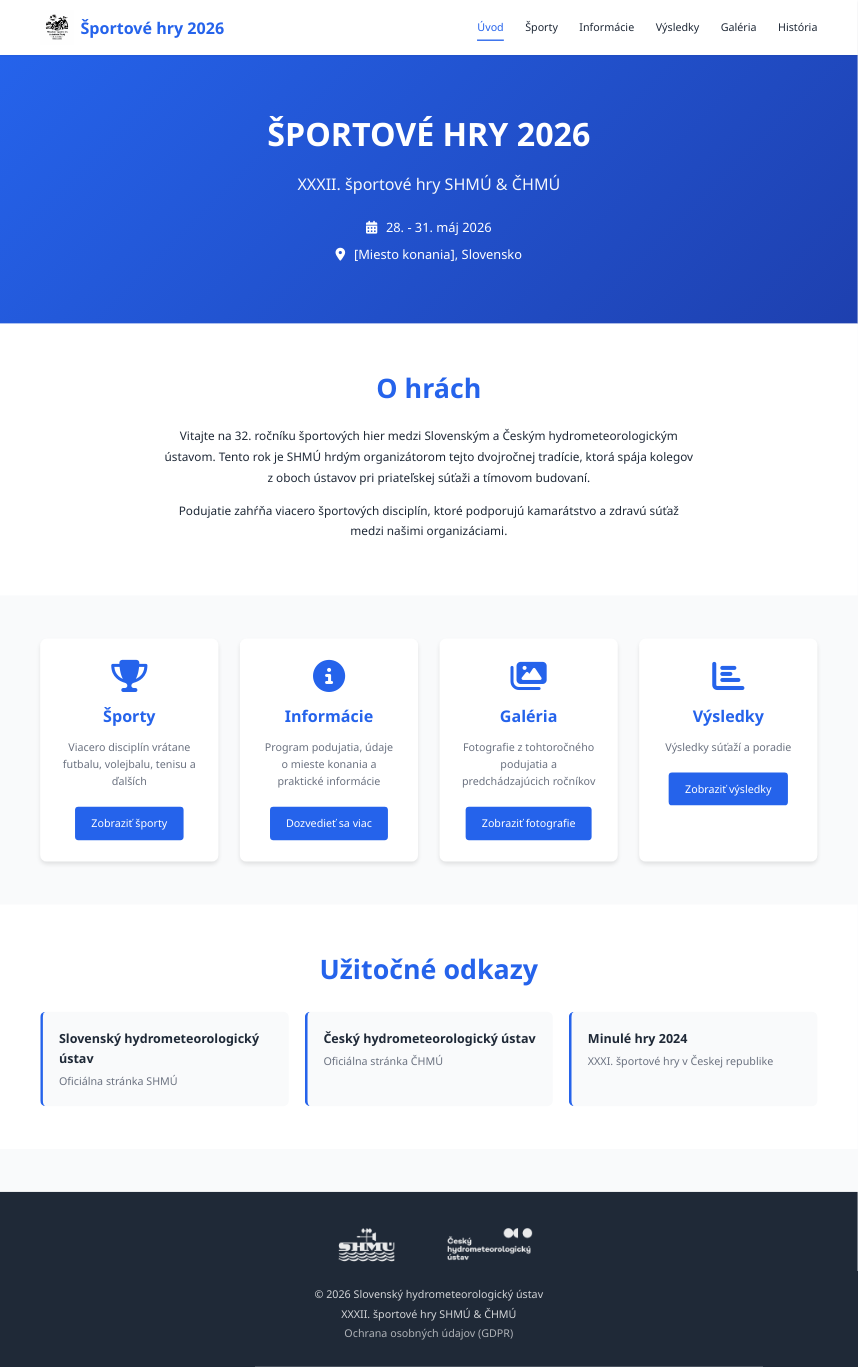
Repository: samiljimari/SHMU-web
Page: index.html
The author's editor kept a copy of each file at every save. The page is drawn from the files as they stood at one save, then again after the next save.
The browser window is 1280 px wide. The pictures show the whole page, at 67% of full size.

Above is the page before, as saved 2026-01-14 13:41:40.

### index.html
<!DOCTYPE html>
<html lang="sk">
<head>
    <meta charset="UTF-8">
    <meta name="viewport" content="width=device-width, initial-scale=1.0">
    <title>Športové hry SHMÚ 2026</title>
    <link rel="stylesheet" href="https://cdnjs.cloudflare.com/ajax/libs/font-awesome/6.5.1/css/all.min.css">
    <link rel="stylesheet" href="css/style.css">
</head>
<body>
    <header>
        <nav class="navbar">
            <div class="container">
                <div class="logo">
                    <img src="site_logo.png" alt="Logo" class="site-logo">
                    <h1>Športové hry 2026</h1>
                </div>
                <ul class="nav-menu">
                    <li><a href="index.html" class="active">Úvod</a></li>
                    <li><a href="sports.html">Športy</a></li>
                    <li><a href="info.html">Informácie</a></li>
                    <li><a href="results.html">Výsledky</a></li>
                    <li><a href="gallery.html">Galéria</a></li>
                    <li><a href="history.html">História</a></li>
                </ul>
                <div class="hamburger">
                    <span></span>
                    <span></span>
                    <span></span>
                </div>
            </div>
        </nav>
    </header>

    <main>
        <section class="hero">
            <div class="hero-content">
                <h2>ŠPORTOVÉ HRY 2026</h2>
                <p class="hero-subtitle">XXXII. športové hry SHMÚ & ČHMÚ</p>
                <p class="hero-date"><i class="fas fa-calendar-alt"></i> 28. - 31. máj 2026</p>
                <p class="hero-location"><i class="fas fa-map-marker-alt"></i> [Miesto konania], Slovensko</p>
            </div>
        </section>

        <section class="about">
            <div class="container">
                <h2>O hrách</h2>
                <p>
                    Vitajte na 32. ročníku športových hier medzi Slovenským a Českým
                    hydrometeorologickým ústavom. Tento rok je SHMÚ hrdým organizátorom
                    tejto dvojročnej tradície, ktorá spája kolegov z oboch ústavov
                    pri priateľskej súťaži a tímovom budovaní.
                </p>
                <p>
                    Podujatie zahŕňa viacero športových disciplín, ktoré podporujú kamarátstvo a
                    zdravú súťaž medzi našimi organizáciami.
                </p>
            </div>
        </section>

        <section class="info-grid">
            <div class="container">
                <div class="grid">
                    <div class="card">
                        <div class="card-icon"><i class="fas fa-trophy"></i></div>
                        <h3>Športy</h3>
                        <p>Viacero disciplín vrátane futbalu, volejbalu, tenisu a ďalších</p>
                        <a href="sports.html" class="btn">Zobraziť športy</a>
                    </div>
                    <div class="card">
                        <div class="card-icon"><i class="fas fa-info-circle"></i></div>
                        <h3>Informácie</h3>
                        <p>Program podujatia, údaje o mieste konania a praktické informácie</p>
                        <a href="info.html" class="btn">Dozvedieť sa viac</a>
                    </div>
                    <div class="card">
                        <div class="card-icon"><i class="fas fa-images"></i></div>
                        <h3>Galéria</h3>
                        <p>Fotografie z tohtoročného podujatia a predchádzajúcich ročníkov</p>
                        <a href="gallery.html" class="btn">Zobraziť fotografie</a>
                    </div>
                    <div class="card">
                        <div class="card-icon"><i class="fas fa-chart-bar"></i></div>
                        <h3>Výsledky</h3>
                        <p>Výsledky súťaží a poradie</p>
                        <a href="results.html" class="btn">Zobraziť výsledky</a>
                    </div>
                </div>
            </div>
        </section>

        <section class="useful-links">
            <div class="container">
                <h2>Užitočné odkazy</h2>
                <div class="links-grid">
                    <a href="https://www.shmu.sk/" target="_blank" class="link-card">
                        <h3>Slovenský hydrometeorologický ústav</h3>
                        <p>Oficiálna stránka SHMÚ</p>
                    </a>
                    <a href="http://www.chmi.cz/" target="_blank" class="link-card">
                        <h3>Český hydrometeorologický ústav</h3>
                        <p>Oficiálna stránka ČHMÚ</p>
                    </a>
                    <a href="https://info.chmi.cz/akce/sportovniHry/index.php" target="_blank" class="link-card">
                        <h3>Minulé hry 2024</h3>
                        <p>XXXI. športové hry v Českej republike</p>
                    </a>
                </div>
            </div>
        </section>
    </main>

    <footer>
        <div class="container">
            <div class="footer-logos">
                <img src="logoSHMI_white.png" alt="SHMÚ Logo">
                <img src="logoCHMI_white.png" alt="ČHMÚ Logo">
            </div>
            <p>&copy; 2026 Slovenský hydrometeorologický ústav</p>
            <p>XXXII. športové hry SHMÚ & ČHMÚ</p>
            <p><a href="gdpr.html" style="color: rgba(255,255,255,0.8); text-decoration: none;">Ochrana osobných údajov (GDPR)</a></p>
        </div>
    </footer>

    <script src="js/script.js"></script>
</body>
</html>

### css/style.css
/* Reset and Base Styles */
* {
    margin: 0;
    padding: 0;
    box-sizing: border-box;
}

:root {
    --primary-color: #2563eb;
    --secondary-color: #1e40af;
    --accent-color: #3b82f6;
    --text-dark: #1f2937;
    --text-light: #6b7280;
    --bg-light: #f9fafb;
    --bg-white: #ffffff;
    --border-color: #e5e7eb;
    --success-color: #10b981;
    --warning-color: #f59e0b;
    --danger-color: #ef4444;
}

body {
    font-family: 'Segoe UI', Tahoma, Geneva, Verdana, sans-serif;
    line-height: 1.6;
    color: var(--text-dark);
    background-color: var(--bg-light);
}

.container {
    max-width: 1200px;
    margin: 0 auto;
    padding: 0 20px;
}

/* Navigation */
.navbar {
    background-color: var(--bg-white);
    box-shadow: 0 2px 4px rgba(0, 0, 0, 0.1);
    position: sticky;
    top: 0;
    z-index: 1000;
}

.navbar .container {
    display: flex;
    justify-content: space-between;
    align-items: center;
    padding: 1rem 20px;
}

.logo {
    display: flex;
    align-items: center;
    gap: 10px;
}

.site-logo {
    height: 50px;
    width: auto;
    object-fit: contain;
}

.logo h1 {
    font-size: 1.5rem;
    color: var(--primary-color);
    font-weight: 700;
}

.nav-menu {
    display: flex;
    list-style: none;
    gap: 2rem;
}

.nav-menu a {
    text-decoration: none;
    color: var(--text-dark);
    font-weight: 500;
    transition: color 0.3s;
    padding: 0.5rem 0;
}

.nav-menu a:hover,
.nav-menu a.active {
    color: var(--primary-color);
    border-bottom: 2px solid var(--primary-color);
}

.hamburger {
    display: none;
    flex-direction: column;
    cursor: pointer;
    gap: 4px;
}

.hamburger span {
    width: 25px;
    height: 3px;
    background-color: var(--text-dark);
    transition: 0.3s;
}

/* Hero Section */
.hero {
    background: linear-gradient(135deg, var(--primary-color) 0%, var(--secondary-color) 100%);
    color: white;
    padding: 5rem 2rem;
    text-align: center;
}

.hero-content h2 {
    font-size: 3rem;
    margin-bottom: 1rem;
    font-weight: 700;
}

.hero-subtitle {
    font-size: 1.5rem;
    margin-bottom: 2rem;
    opacity: 0.95;
}

.hero-date,
.hero-location {
    font-size: 1.2rem;
    margin: 0.5rem 0;
}

.hero-date i,
.hero-location i {
    margin-right: 0.5rem;
}

/* About Section */
.about {
    padding: 4rem 2rem;
    background-color: var(--bg-white);
}

.about h2 {
    font-size: 2.5rem;
    margin-bottom: 1.5rem;
    color: var(--primary-color);
    text-align: center;
}

.about p {
    font-size: 1.1rem;
    line-height: 1.8;
    margin-bottom: 1rem;
    text-align: center;
    max-width: 800px;
    margin-left: auto;
    margin-right: auto;
}

/* Info Grid Section */
.info-grid {
    padding: 4rem 2rem;
    background-color: var(--bg-light);
}

.grid {
    display: grid;
    grid-template-columns: repeat(auto-fit, minmax(250px, 1fr));
    gap: 2rem;
}

.card {
    background-color: var(--bg-white);
    padding: 2rem;
    border-radius: 10px;
    box-shadow: 0 4px 6px rgba(0, 0, 0, 0.1);
    text-align: center;
    transition: transform 0.3s, box-shadow 0.3s;
}

.card:hover {
    transform: translateY(-5px);
    box-shadow: 0 8px 12px rgba(0, 0, 0, 0.15);
}

.card-icon {
    font-size: 3rem;
    margin-bottom: 1rem;
    color: var(--primary-color);
}

.card-icon i {
    display: block;
}

.card h3 {
    font-size: 1.5rem;
    margin-bottom: 1rem;
    color: var(--primary-color);
}

.card p {
    margin-bottom: 1.5rem;
    color: var(--text-light);
}

.btn {
    display: inline-block;
    padding: 0.75rem 1.5rem;
    background-color: var(--primary-color);
    color: white;
    text-decoration: none;
    border-radius: 5px;
    transition: background-color 0.3s;
    font-weight: 500;
}

.btn:hover {
    background-color: var(--secondary-color);
}

/* Useful Links Section */
.useful-links {
    padding: 4rem 2rem;
    background-color: var(--bg-white);
}

.useful-links h2 {
    font-size: 2.5rem;
    margin-bottom: 2rem;
    color: var(--primary-color);
    text-align: center;
}

.links-grid {
    display: grid;
    grid-template-columns: repeat(auto-fit, minmax(300px, 1fr));
    gap: 1.5rem;
}

.link-card {
    background-color: var(--bg-light);
    padding: 1.5rem;
    border-radius: 8px;
    text-decoration: none;
    color: var(--text-dark);
    border-left: 4px solid var(--primary-color);
    transition: all 0.3s;
}

.link-card:hover {
    background-color: var(--primary-color);
    color: white;
    transform: translateX(5px);
}

.link-card h3 {
    margin-bottom: 0.5rem;
}

.link-card p {
    color: var(--text-light);
}

.link-card:hover p {
    color: rgba(255, 255, 255, 0.9);
}

/* Page Header */
.page-header {
    background: linear-gradient(135deg, var(--primary-color) 0%, var(--secondary-color) 100%);
    color: white;
    padding: 3rem 2rem;
    text-align: center;
}

.page-header h1 {
    font-size: 2.5rem;
    margin-bottom: 0.5rem;
}

.page-header p {
    font-size: 1.2rem;
    opacity: 0.95;
}

/* Sports Section */
.sports-list {
    padding: 4rem 2rem;
}

.sports-grid {
    display: grid;
    grid-template-columns: repeat(auto-fit, minmax(280px, 1fr));
    gap: 2rem;
    margin-bottom: 3rem;
}

.sport-card {
    background-color: var(--bg-white);
    padding: 2rem;
    border-radius: 10px;
    box-shadow: 0 4px 6px rgba(0, 0, 0, 0.1);
    transition: transform 0.3s;
}

.sport-card:hover {
    transform: translateY(-5px);
}

.sport-icon {
    font-size: 3rem;
    margin-bottom: 1rem;
    text-align: center;
    color: var(--primary-color);
}

.sport-icon i {
    display: block;
}

.sport-card h3 {
    font-size: 1.5rem;
    margin-bottom: 0.5rem;
    color: var(--primary-color);
}

.sport-card p {
    color: var(--text-light);
    margin-bottom: 1rem;
}

.sport-card ul {
    list-style: none;
    padding-left: 0;
}

.sport-card ul li {
    padding: 0.25rem 0;
    color: var(--text-dark);
}

.sport-card ul li:before {
    content: "✓ ";
    color: var(--success-color);
    font-weight: bold;
}

.info-box {
    background-color: var(--bg-white);
    padding: 2rem;
    border-radius: 10px;
    border-left: 4px solid var(--warning-color);
    box-shadow: 0 4px 6px rgba(0, 0, 0, 0.1);
}

.info-box h3 {
    color: var(--primary-color);
    margin-bottom: 1rem;
}

.info-box ul {
    list-style: none;
    padding-left: 0;
}

.info-box ul li {
    padding: 0.5rem 0;
}

/* Information Page */
.info-content {
    padding: 4rem 2rem;
}

.info-section {
    background-color: var(--bg-white);
    padding: 2rem;
    margin-bottom: 2rem;
    border-radius: 10px;
    box-shadow: 0 4px 6px rgba(0, 0, 0, 0.1);
}

.info-section h2 {
    color: var(--primary-color);
    margin-bottom: 1.5rem;
    font-size: 2rem;
}

.info-section h2 i {
    margin-right: 0.5rem;
}

.info-section h3 {
    color: var(--secondary-color);
    margin-top: 1.5rem;
    margin-bottom: 1rem;
}

.info-section h4 {
    color: var(--text-dark);
    margin-top: 1rem;
    margin-bottom: 0.5rem;
}

.info-section ul {
    margin-left: 1.5rem;
    margin-top: 0.5rem;
}

.info-section li {
    margin-bottom: 0.5rem;
}

.schedule-table {
    margin-top: 1rem;
}

.schedule-table h3 {
    background-color: var(--bg-light);
    padding: 0.75rem 1rem;
    margin-top: 1.5rem;
    border-left: 4px solid var(--primary-color);
}

.schedule-table table {
    width: 100%;
    border-collapse: collapse;
    margin-top: 1rem;
}

.schedule-table table tr {
    border-bottom: 1px solid var(--border-color);
}

.schedule-table table td {
    padding: 1rem;
}

.schedule-table table td:first-child {
    font-weight: 600;
    color: var(--primary-color);
    width: 150px;
}

.venue-info,
.accommodation-info,
.transport-info,
.registration-info,
.meals-info {
    margin-top: 1rem;
}

.hotel-list {
    display: grid;
    grid-template-columns: repeat(auto-fit, minmax(250px, 1fr));
    gap: 1rem;
    margin-top: 1rem;
}

.hotel-card {
    background-color: var(--bg-light);
    padding: 1rem;
    border-radius: 5px;
}

.hotel-card h4 {
    color: var(--primary-color);
    margin-bottom: 0.5rem;
}

.contact-box {
    background: linear-gradient(135deg, var(--primary-color) 0%, var(--secondary-color) 100%);
    color: white;
}

.contact-box h2 {
    color: white;
}

.contact-box a {
    color: white;
    text-decoration: underline;
}

/* Results Page */
.results-content {
    padding: 4rem 2rem;
}

.overall-standings,
.sport-results {
    background-color: var(--bg-white);
    padding: 2rem;
    margin-bottom: 2rem;
    border-radius: 10px;
    box-shadow: 0 4px 6px rgba(0, 0, 0, 0.1);
}

.results-table {
    width: 100%;
    border-collapse: collapse;
    margin-top: 1rem;
}

.results-table thead {
    background-color: var(--primary-color);
    color: white;
}

.results-table th,
.results-table td {
    padding: 1rem;
    text-align: left;
    border-bottom: 1px solid var(--border-color);
}

.results-table tbody tr:hover {
    background-color: var(--bg-light);
}

.medal-gold {
    color: #FFD700;
    font-weight: bold;
}

.medal-silver {
    color: #C0C0C0;
    font-weight: bold;
}

.medal-bronze {
    color: #CD7F32;
    font-weight: bold;
}

.results-note {
    margin-top: 1rem;
    color: var(--text-light);
    font-style: italic;
}

.result-box {
    margin-top: 1rem;
    padding: 1.5rem;
    background-color: var(--bg-light);
    border-radius: 8px;
}

.result-box h3 {
    color: var(--secondary-color);
    margin-bottom: 1rem;
}

.score-display {
    display: flex;
    justify-content: center;
    align-items: center;
    gap: 2rem;
    font-size: 1.5rem;
    margin: 1rem 0;
}

.score-display .team {
    font-weight: 600;
    min-width: 100px;
    text-align: center;
}

.score-display .score {
    font-size: 2rem;
    font-weight: bold;
    color: var(--primary-color);
}

.status {
    text-align: center;
    color: var(--text-light);
    font-style: italic;
    margin-top: 0.5rem;
}

/* Gallery Page */
.gallery-content {
    padding: 4rem 2rem;
}

.gallery-section {
    background-color: var(--bg-white);
    padding: 2rem;
    margin-bottom: 2rem;
    border-radius: 10px;
    box-shadow: 0 4px 6px rgba(0, 0, 0, 0.1);
}

.gallery-section h2 {
    color: var(--primary-color);
    margin-bottom: 1rem;
}

.gallery-note {
    color: var(--text-light);
    font-style: italic;
    margin-bottom: 2rem;
}

.photo-grid {
    display: grid;
    grid-template-columns: repeat(auto-fill, minmax(250px, 1fr));
    gap: 1rem;
    margin-top: 2rem;
}

.photo-placeholder {
    background-color: var(--bg-light);
    border: 2px dashed var(--border-color);
    border-radius: 8px;
    padding: 3rem;
    text-align: center;
    color: var(--text-light);
    min-height: 200px;
    display: flex;
    align-items: center;
    justify-content: center;
}

.previous-years {
    display: grid;
    grid-template-columns: repeat(auto-fit, minmax(300px, 1fr));
    gap: 1.5rem;
    margin-top: 1.5rem;
}

.year-gallery-link {
    text-decoration: none;
    color: inherit;
}

.year-card {
    background-color: var(--bg-light);
    padding: 2rem;
    border-radius: 8px;
    border-left: 4px solid var(--primary-color);
    transition: all 0.3s;
}

.year-card:hover {
    background-color: var(--primary-color);
    color: white;
    transform: translateX(5px);
}

.year-card h3 {
    color: var(--primary-color);
    margin-bottom: 0.5rem;
}

.year-card:hover h3 {
    color: white;
}

.view-link {
    display: inline-block;
    margin-top: 1rem;
    color: var(--primary-color);
    font-weight: 600;
}

.year-card:hover .view-link {
    color: white;
}

.upload-info {
    background-color: var(--bg-light);
    padding: 2rem;
    border-radius: 8px;
    margin-top: 2rem;
}

.upload-info h3 {
    color: var(--primary-color);
    margin-bottom: 1rem;
}

.upload-info a {
    color: var(--primary-color);
    text-decoration: none;
}

.upload-info a:hover {
    text-decoration: underline;
}

/* History Page */
.history-content {
    padding: 4rem 2rem;
}

.history-intro {
    background-color: var(--bg-white);
    padding: 2rem;
    margin-bottom: 3rem;
    border-radius: 10px;
    box-shadow: 0 4px 6px rgba(0, 0, 0, 0.1);
}

.history-intro h2 {
    color: var(--primary-color);
    margin-bottom: 1rem;
}

.history-intro p {
    margin-bottom: 1rem;
    line-height: 1.8;
}

.timeline {
    background-color: var(--bg-white);
    padding: 2rem;
    margin-bottom: 3rem;
    border-radius: 10px;
    box-shadow: 0 4px 6px rgba(0, 0, 0, 0.1);
}

.timeline h2 {
    color: var(--primary-color);
    margin-bottom: 2rem;
}

.timeline-item {
    display: grid;
    grid-template-columns: 120px 1fr;
    gap: 2rem;
    margin-bottom: 2rem;
    padding-bottom: 2rem;
    border-bottom: 1px solid var(--border-color);
}

.timeline-item:last-child {
    border-bottom: none;
}

.timeline-year {
    font-size: 1.5rem;
    font-weight: 700;
    color: var(--primary-color);
}

.timeline-content h3 {
    color: var(--secondary-color);
    margin-bottom: 0.5rem;
}

.timeline-content a {
    color: var(--primary-color);
    text-decoration: none;
    display: inline-block;
    margin-top: 0.5rem;
}

.timeline-content a:hover {
    text-decoration: underline;
}

.timeline-item.placeholder {
    opacity: 0.6;
}

.statistics {
    background-color: var(--bg-white);
    padding: 2rem;
    margin-bottom: 3rem;
    border-radius: 10px;
    box-shadow: 0 4px 6px rgba(0, 0, 0, 0.1);
}

.statistics h2 {
    color: var(--primary-color);
    margin-bottom: 2rem;
}

.stats-grid {
    display: grid;
    grid-template-columns: repeat(auto-fit, minmax(200px, 1fr));
    gap: 2rem;
    margin-bottom: 1rem;
}

.stat-card {
    text-align: center;
    padding: 2rem;
    background-color: var(--bg-light);
    border-radius: 8px;
}

.stat-number {
    font-size: 3rem;
    font-weight: 700;
    color: var(--primary-color);
    margin-bottom: 0.5rem;
}

.stat-label {
    color: var(--text-light);
    font-size: 1.1rem;
}

.stats-note {
    text-align: center;
    color: var(--text-light);
    font-style: italic;
    margin-top: 1rem;
}

.hosting-pattern {
    background-color: var(--bg-white);
    padding: 2rem;
    border-radius: 10px;
    box-shadow: 0 4px 6px rgba(0, 0, 0, 0.1);
}

.hosting-pattern h2 {
    color: var(--primary-color);
    margin-bottom: 1rem;
}

.hosting-pattern ul {
    margin: 1rem 0 1rem 1.5rem;
}

.hosting-pattern li {
    margin-bottom: 0.5rem;
}

/* Footer */
footer {
    background-color: var(--text-dark);
    color: white;
    padding: 3rem 0 2rem;
    text-align: center;
    margin-top: 4rem;
}

.footer-logos {
    display: flex;
    justify-content: center;
    align-items: center;
    gap: 3rem;
    margin-bottom: 2rem;
    flex-wrap: wrap;
}

.footer-logos img {
    height: 60px;
    width: auto;
    opacity: 0.9;
    transition: opacity 0.3s;
}

.footer-logos img:hover {
    opacity: 1;
}

footer p {
    margin: 0.25rem 0;
    opacity: 0.8;
}

/* Responsive Design */
@media (max-width: 768px) {
    .nav-menu {
        position: fixed;
        left: -100%;
        top: 70px;
        flex-direction: column;
        background-color: var(--bg-white);
        width: 100%;
        text-align: center;
        transition: 0.3s;
        box-shadow: 0 10px 27px rgba(0, 0, 0, 0.05);
        padding: 2rem 0;
        gap: 0;
    }

    .nav-menu.active {
        left: 0;
    }

    .nav-menu li {
        margin: 1rem 0;
    }

    .hamburger {
        display: flex;
    }

    .site-logo {
        height: 35px;
    }

    .logo h1 {
        font-size: 1.2rem;
    }

    .hero-content h2 {
        font-size: 2rem;
    }

    .hero-subtitle {
        font-size: 1.2rem;
    }

    .hero-date,
    .hero-location {
        font-size: 1rem;
    }

    .grid,
    .links-grid,
    .sports-grid {
        grid-template-columns: 1fr;
    }

    .timeline-item {
        grid-template-columns: 80px 1fr;
        gap: 1rem;
    }

    .timeline-year {
        font-size: 1.2rem;
    }

    .stats-grid {
        grid-template-columns: repeat(2, 1fr);
    }

    .schedule-table table td:first-child {
        width: 100px;
        font-size: 0.9rem;
    }
}

@media (max-width: 480px) {
    .stats-grid {
        grid-template-columns: 1fr;
    }

    .score-display {
        flex-direction: column;
        gap: 0.5rem;
    }

    .score-display .score {
        font-size: 1.5rem;
    }
}

Loaded but not shown: js/script.js (157 lines, source omitted)

After the next save:
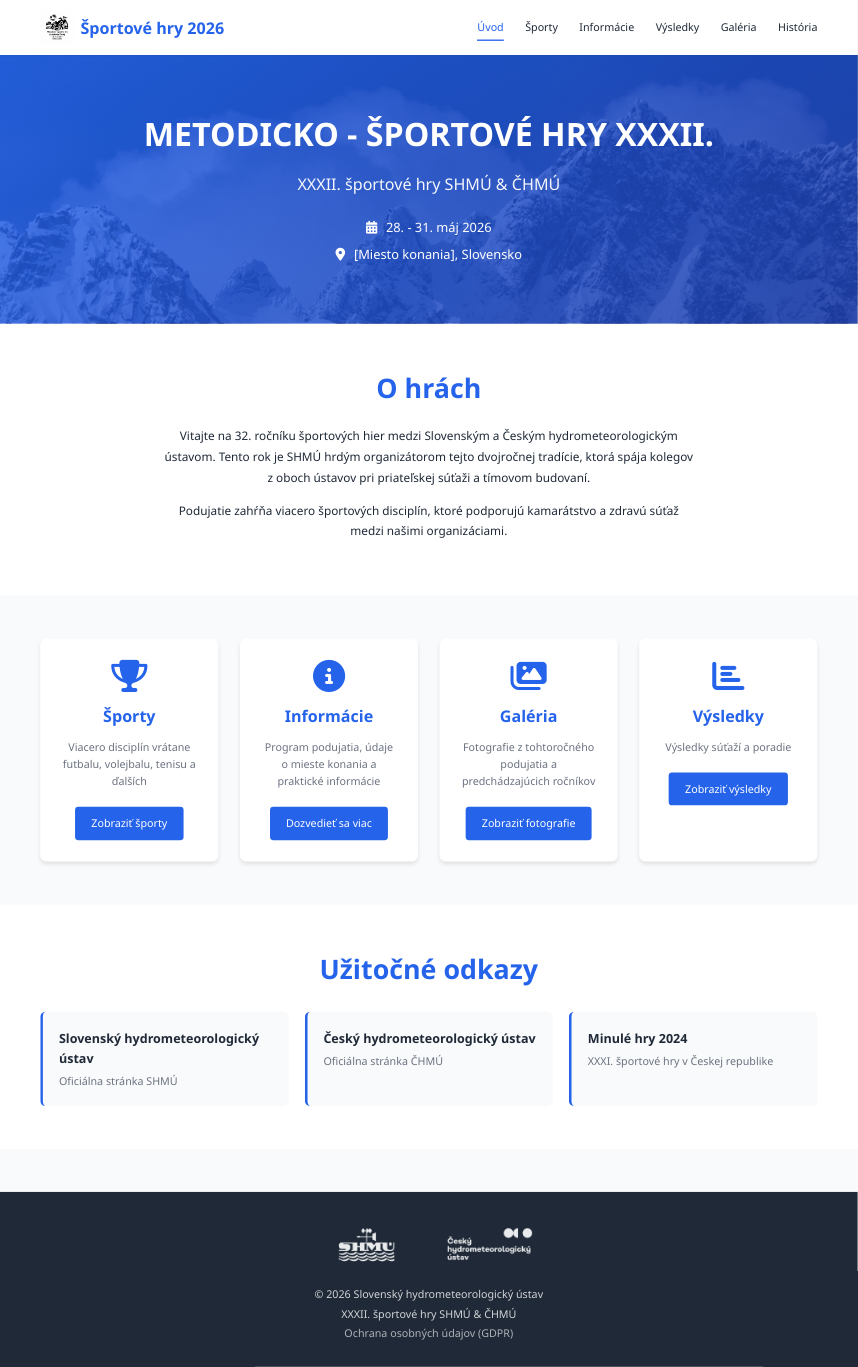
Saved 5 min 49 s later.
--- a/index.html
+++ b/index.html
@@ -35,7 +35,7 @@
     <main>
         <section class="hero">
             <div class="hero-content">
-                <h2>ŠPORTOVÉ HRY 2026</h2>
+                <h2>METODICKO - ŠPORTOVÉ HRY XXXII.</h2>
                 <p class="hero-subtitle">XXXII. športové hry SHMÚ & ČHMÚ</p>
                 <p class="hero-date"><i class="fas fa-calendar-alt"></i> 28. - 31. máj 2026</p>
                 <p class="hero-location"><i class="fas fa-map-marker-alt"></i> [Miesto konania], Slovensko</p>
--- a/css/style.css
+++ b/css/style.css
@@ -102,10 +102,15 @@
 
 /* Hero Section */
 .hero {
-    background: linear-gradient(135deg, var(--primary-color) 0%, var(--secondary-color) 100%);
+    background-image: linear-gradient(135deg, rgba(37, 99, 235, 0.85) 0%, rgba(30, 64, 175, 0.85) 100%), url('../tatry.jpg');
+    background-size: cover;
+    background-position: center top;
+    background-repeat: no-repeat;
     color: white;
     padding: 5rem 2rem;
     text-align: center;
+    position: relative;
+    min-height: 400px;
 }
 
 .hero-content h2 {
